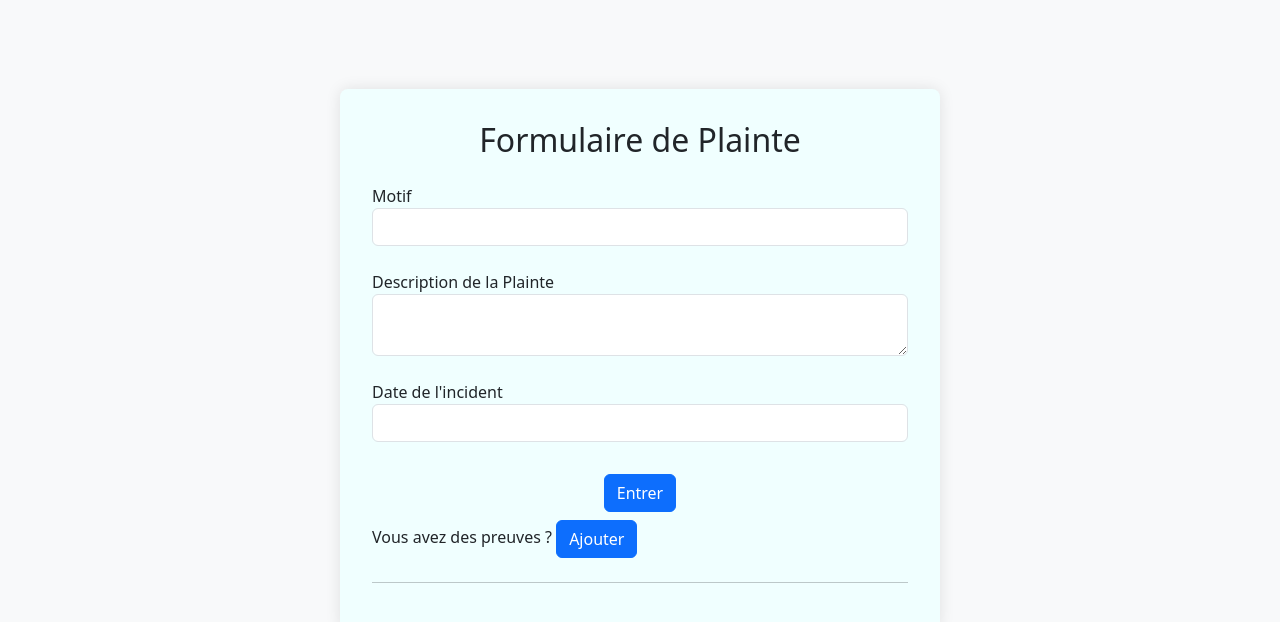
Repository: Senare1/PlaintEasy
Page: http://localhost/complaints/deposer/
The author's editor kept a copy of each file at every save. The page is drawn from the files as they stood at one save, then again after the next save.
The browser window is 1280 px wide. The pictures show the whole page.
Some web libraries are served in a nearby version. The page is served by the project's application, run on Django 4.2 (manage.py). Other server files are loaded and not shown.

Above is the page before, as saved 2024-08-04 11:36:16.

### complaints/templates/complaints/formulaire.html
{% load static %}
<!DOCTYPE html>
<html lang="en">
<head>
    <meta charset="UTF-8">
    <meta name="viewport" content="width=device-width, initial-scale=1.0">
    <title>Formulaire de Plainte</title>
    <link href="https://cdn.jsdelivr.net/npm/bootstrap@5.3.3/dist/css/bootstrap.min.css" rel="stylesheet" integrity="sha384-QWTKZyjpPEjISv5WaRU9OFeRpok6YctnYmDr5pNlyT2bRjXh0JMhjY6hW+ALEwIH" crossorigin="anonymous">
    <link href="https://cdnjs.cloudflare.com/ajax/libs/font-awesome/6.1.1/css/all.min.css" rel="stylesheet">
    <link rel="stylesheet" href="https://cdnjs.cloudflare.com/ajax/libs/bootstrap-icons/1.10.0/font/bootstrap-icons.min.css">
    <link rel="stylesheet" href="https://cdnjs.cloudflare.com/ajax/libs/font-awesome/5.15.3/css/all.min.css" />
    <link href="{% static 'complaints/css/formulaire.css' %}" rel="stylesheet">
</head>
<body>
    <div class="form-container">
        <h2 class="text-center mb-4">Formulaire de Plainte</h2>

        <form method="POST">
            {% csrf_token %}

            <div class="form-group">
                <label for="fullName">Motif</label>
                {{form.motif}}
            </div>

            <div class="form-group">
                <label for="complaintDescription">Description de la Plainte</label>
                {{form.description}}
            </div>
            <div class="form-group">
                <label for="id_incident_date">Date de l'incident</label>
                {{form.incident_date}}
            </div>
            <div class=" d-flex py-2 justify-content-center">
              <button type="submit" class="btn btn-primary w-20 ">Entrer</button>
          </div>
        </form>
            <div class="form-group">
                <label for="">Vous avez des preuves ?</label>

                <button type="button" class="btn btn-primary" data-bs-toggle="modal" data-bs-target="#exampleModal" data-bs-whatever="@getbootstrap">Ajouter</button>
                <div class="modal fade" id="exampleModal" tabindex="-1" aria-labelledby="exampleModalLabel" aria-hidden="true">
                  <div class="modal-dialog">
                    <div class="modal-content">
                      <div class="modal-header">
                        <h1 class="modal-title fs-5" id="exampleModalLabel">Charger46 des preuves</h1>
                        <button type="button" class="btn-close" data-bs-dismiss="modal" aria-label="Close"></button>
                      </div>
                      <div class="modal-body">
                        <form method="POST" enctype="multipart/form-data">
                            {% csrf_token %}
                          <div class="row mb-3">
                            <div class="col-12 col-md-4 col-lg-4">
                              <label for="id_image" class="col-form-label">Image:</label>
                            </div>
                            <div class="col-12 col-md-8 col-lg-8">
                              {{form_proof.image}}
                            </div>
                          </div>
                          <div class="row mb-3">
                            <div class="col-12 col-md-4 col-lg-4">
                              <label for="id_video" class="col-form-label">Vidéo:</label>
                            </div>
                            <div class="col-12 col-md-8 col-lg-8">
                              {{form_proof.video}}
                            </div>
                          </div>
                          <div class="row mb-3">
                            <div class="col-12 col-md-4 col-lg-4">
                              <label for="id_audio" class="col-form-label">Audio  :</label>
                            </div>
                            <div class="col-12 col-md-8 col-lg-8">
                              {{form_proof.audio}}
                            </div>
                          </div>
                          <div class="row mb-3">
                            <div class="col-12 col-md-4 col-lg-4">
                              <label for="id_document" class="col-form-label">Document:</label>
                            </div>
                            <div class="col-12 col-md-8 col-lg-8">
                              {{form_proof.file}}
                            </div>
                          </div>
                        </form>
                      </div>
                      <div class="modal-footer">
                        <button type="button" class="btn btn-secondary" data-bs-dismiss="modal">Fermer</button>
                        <button type="button" class="btn btn-primary">Enregistrer</button>
                      </div>
                    </div>
                  </div>
                </div>
            </div>
            <hr>
        </form>
    </div>

    <script src="https://cdn.jsdelivr.net/npm/@popperjs/core@2.11.8/dist/umd/popper.min.js"></script>
    <script src="https://cdn.jsdelivr.net/npm/bootstrap@5.3.3/dist/js/bootstrap.bundle.min.js" integrity="sha384-YvpcrYf0tY3lHB60NNkmXc5s9fDVZLESaAA55NDzOxhy9GkcIdslK1eN7N6jIeHz" crossorigin="anonymous"></script>
</body>
</html>

### complaints/forms.py
from django import forms
from .models import Complaint,Proof

class ComplaintForm(forms.Form):
    motif = forms.CharField(
        widget=forms.TimeInput(
            attrs={'placehoder' : 'Motif plainte' ,'class':'form-control','id': 'id_motif'}
        )
    )
    incident_date = forms.DateField(
        widget=forms.DateInput(
            attrs={'placehoder' : 'Motif plainte' ,'class':'form-control','id': 'id_incident_date'}
        )
    )
    description = forms.CharField(
        widget=forms.Textarea(
            attrs={'placehoder' : 'Motif plainte' ,'class':'form-control','rows':2,'id': 'id_description'}
        )
    )

class ProofForm(forms.Form):
    image = forms.FileField(
        required=False,
        widget=forms.ClearableFileInput(
            attrs={'placehoder' : 'image plainte' ,'class':'form-control','id': 'id_image'}
        )
    )
    audio = forms.FileField(
        required=False,
        widget=forms.ClearableFileInput(
            attrs={'placehoder' : 'audio plainte' ,'class':'form-control','id': 'id_audio'}
        )
    )
    video = forms.FileField(
        required=False,
        widget=forms.ClearableFileInput(
            attrs={'placehoder' : 'video plainte' ,'class':'form-control','id': 'id_video'}
        )
    )
    file = forms.FileField(
        required=False,
        widget=forms.ClearableFileInput(
            attrs={'placehoder' : 'document plainte' ,'class':'form-control','id': 'id_file'}
        )
    )

### complaints/views.py
from django.shortcuts import render
from .forms import ComplaintForm,ProofForm
from .models import Complaint,Proof

def home(request):
    return render(request,"complaints/index.html")

def help(request):
    return render(request,'complaints/help.html')

def detail(request):
    return render(request,'complaints/detail.html')


def let_plaint(request):
    if request.method=='POST':
        form = ComplaintForm(request.POST)
        form_proof = ProofForm(request.POST,request.FILES)
        if form.is_valid() and form_proof.is_valid():
            motif = form.clean['motif']
            incident_date = form.clean['incident_date']
            description = form.clean['description']
            user = request.user
            complaint = Complaint(
                incident_date=incident_date,
                description=description,
                complainant=user,
                motif=motif
            )
            complaint.save()
            image = form_proof.cleaned_data['image']
            audio = form_proof.cleaned_data['audio']
            video = form_proof.cleaned_data['video']
            file = form_proof.cleaned_data['file']
            complaint = Complaint.objects.all().last()
            proof = Proof(
                image=image,
                audio=audio,
                video=video,
                file=file
            )
            proof.save()
            return redirect('home')
    else:
        form = ComplaintForm()
        form_proof = ProofForm()
    return render(request,'complaints/formulaire.html',{'form': form,'form_proof': form_proof})

def my_plaints(request):
    return render(request,'complaints/my_plaints.html')

### ClariSolve/urls.py
from django.contrib import admin
from django.urls import path,include

urlpatterns = [
    path('admin/', admin.site.urls),
    path('',include('accounts.urls')),
    path('complaints/',include('complaints.urls'))
]

### accounts/urls.py
from django.urls import path
from . import views

urlpatterns = [

    path('',views.login_email,name='login_email'),
    path('login_phone/',views.login_phone,name='login_phone'),

    path('signup/',views.signup,name="signup"),
    path('verify_email/',views.verify_email,name="verify_email"),
    path('regenerate_code/', views.regenerate_verification_code, name='regenerate_code'),

    path('treated/',views.treated,name='treated'),
    path('rejection/',views.rejection,name='rejection'),
    path('dashboard/',views.dashboard,name='dashboard'),
    path('receiving/',views.receiving,name='receiving'),
    path('statistics/',views.statistics,name='statistics'),
    path('running/',views.running,name='running'),
    path('chat/',views.chat,name='chat'),
    path('logout/',views.log_out,name='logout'),


    path('users/',views.users,name='users'),
    path('users/signup_user/',views.signup_user,name="signup_user"),
    path('users/all_users/',views.all_users,name="all_users"),
    path('users/all_citozens/',views.all_citozens,name="all_citozens"),
    path('users/all_customers/',views.all_customers,name="all_customers"),
    path('users/<str:email>/',views.delete,name="delete"),

    path('user_detail/<int:id>/',views.user_detail,name='user_detail'),

    path('forgot/',views.forgot,name='forgot'),
]

### complaints/urls.py
from django.urls import path,include
from . import views

urlpatterns = [
    path("",views.home,name="home"),
    path("help/",views.help,name="help"),
    path("deposer/",views.let_plaint,name="let_plaint"),
    path("plaintes/",views.my_plaints,name="my_plaints"),
]

### complaints/static/complaints/css/formulaire.css
body {
    background-color: #f8f9fa;
    display: flex;
    justify-content: center;
    align-items: center;
    min-height: 100vh;
}
.form-container {
    background: azure;
    padding: 2rem;
    border-radius: .5rem;
    box-shadow: 0 0 15px rgba(0, 0, 0, 0.1);
    max-width: 600px;
    width: 100%;
}
.form-container img {
    max-width: 100%;
    height: auto;
    margin-bottom: 1rem;
}
.form-group {
    margin-bottom: 1.5rem;
}

After the next save:
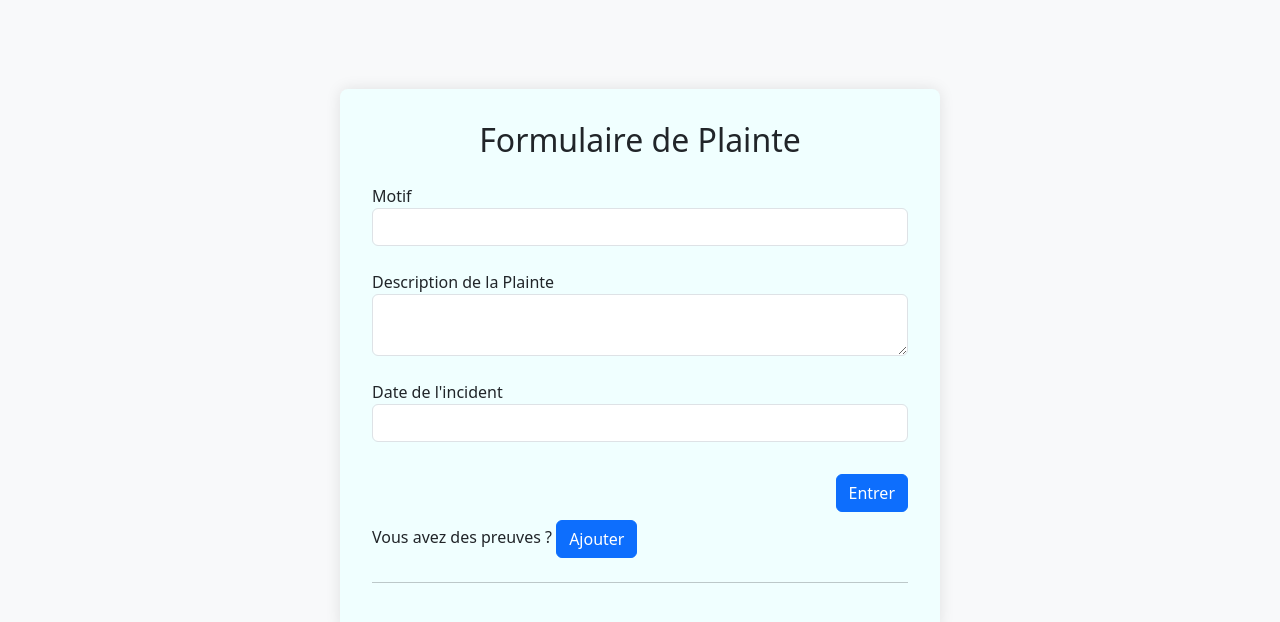
Saved 43 s later.
--- a/complaints/templates/complaints/formulaire.html
+++ b/complaints/templates/complaints/formulaire.html
@@ -31,7 +31,7 @@
                 <label for="id_incident_date">Date de l'incident</label>
                 {{form.incident_date}}
             </div>
-            <div class=" d-flex py-2 justify-content-center">
+            <div class=" d-flex py-2 justify-content-end">
               <button type="submit" class="btn btn-primary w-20 ">Entrer</button>
           </div>
         </form>
